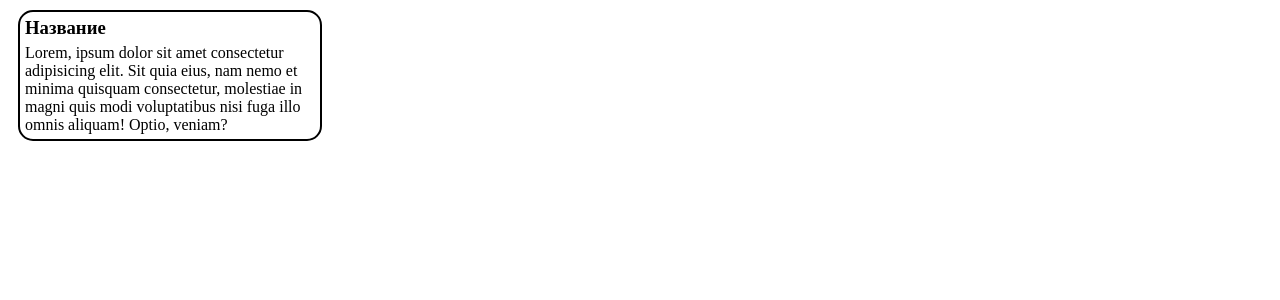
Repository: MaratLK/PLKFrontend
Page: Templates/NewsForIndex.html
These files come from the project's save history. The page is drawn as it stood at one moment and after the next save; the edit follows.
The browser window is 1280 px wide. The pictures show the whole page.

Above is the page before, as saved 2024-08-25 06:19:54.

### Templates/NewsForIndex.html
<!DOCTYPE html>
<html lang="en">
<head>
    <meta charset="UTF-8">
    <meta name="viewport" content="width=device-width, initial-scale=1.0">
    <title>Document</title>
    <style>
        .newsblk{
            height: auto;
            width: 300px;
            margin: 10px;
            border-radius: 15px;
            border: 2px solid black;
        }
        .newsblk h3{
            margin: 5px;
        }
        .newsblk p{
            margin: 5px;
        }
    </style>
</head>
<body>
    <section class="news">
        <div class="newsblk">
            <h3>Название</h3>
            <p>Lorem, ipsum dolor sit amet consectetur adipisicing elit. Sit quia eius, nam nemo et minima quisquam consectetur, molestiae in magni quis modi voluptatibus nisi fuga illo omnis aliquam! Optio, veniam?</p>
        </div>
    </section>
</body>
</html>

After the next save:
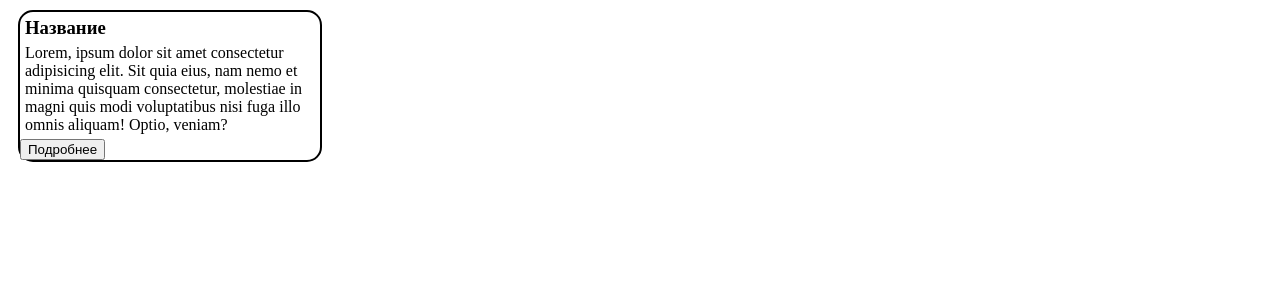
Saved 60 s later.
--- a/Templates/NewsForIndex.html
+++ b/Templates/NewsForIndex.html
@@ -24,7 +24,11 @@
     <section class="news">
         <div class="newsblk">
             <h3>Название</h3>
-            <p>Lorem, ipsum dolor sit amet consectetur adipisicing elit. Sit quia eius, nam nemo et minima quisquam consectetur, molestiae in magni quis modi voluptatibus nisi fuga illo omnis aliquam! Optio, veniam?</p>
+            <p>Lorem, ipsum dolor sit amet consectetur adipisicing elit.
+                Sit quia eius, nam nemo et minima quisquam consectetur,
+                molestiae in magni quis modi voluptatibus nisi fuga illo omnis aliquam!
+                Optio, veniam?</p>
+            <button>Подробнее</button>
         </div>
     </section>
 </body>
